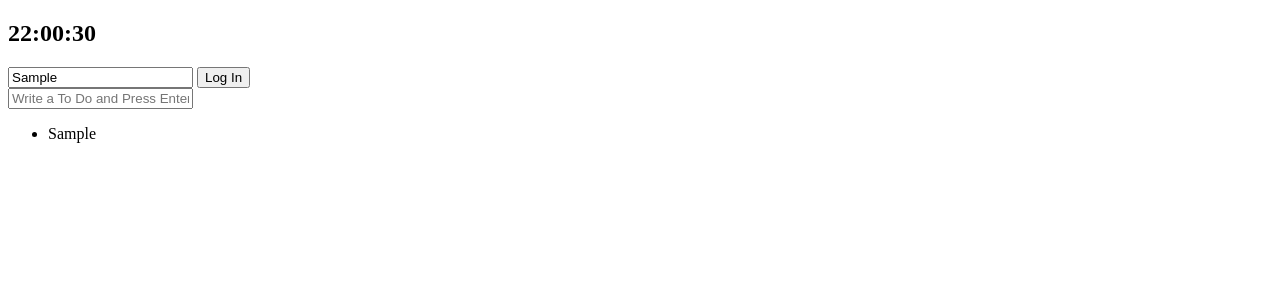
Repository: yoonanimous/ChromeApp
Page: index.html
These files come from the project's save history. The page is drawn as it stood at one moment and after the next save; the edit follows.
The browser window is 1280 px wide. The pictures show the whole page.
Empty fields were first filled with sample values (such as "Sample", 5 or name@example.com).
After loading, the first visible `#todo-form` was submitted once.

Above is the page before, as saved 2022-12-04 09:42:54.

### index.html
<!DOCTYPE html>
<html lang="en">
	<head>
		<meta charset="UTF-8" />
		<meta http-equiv="X-UA-Compatible" content="IE=edge" />
		<meta name="viewport" content="width=device-width, initial-scale=1.0" />
		<title>ChromeApp</title>
		<link rel="stylesheet" href="style.css" />
		<script defer src="js/clock.js"></script>
		<script defer src="js/greetings.js"></script>
		<script defer src="js/todo.js"></script>
	</head>
	<body>
		<div>
			<h2 id="clock"></h2>
		</div>
		<form class="hidden" id="login-form">
			<input
				type="text"
				required
				maxlength="15"
				placeholder="What is your name?"
			/>
			<input type="submit" value="Log In" />
		</form>
		<h1 class="hidden" id="greeting"></h1>
		<form id="todo-form">
			<input type="text" placeholder="Write a To Do and Press Enter" required />
		</form>
		<ul id="todo-list"></ul>
	</body>
</html>

### js/clock.js
const clock = document.querySelector("#clock");

function getClock() {
	const date = new Date();
	const hours = String(date.getHours()).padStart(2, "0");
	const minutes = String(date.getMinutes()).padStart(2, "0");
	const seconds = String(date.getSeconds()).padStart(2, "0");
	clock.innerText = `${hours}:${minutes}:${seconds}`;
}

getClock();
setInterval(getClock, 1000);

### js/greetings.js
const greeting = document.querySelector("#greeting");
const loginForm = document.querySelector("#login-form");
const loginInput = document.querySelector("#login-form input");

const HIDDEN_CLASSNAME = "hidden";
const USERNAME_KEY = "username";

function onLoginSubmit(event) {
	event.preventDefault();
	loginForm.classList.add(HIDDEN_CLASSNAME);
	const typedUsername = loginInput.value;
	localStorage.setItem(USERNAME_KEY, typedUsername);
	paintGreetings(typedUsername);
}

function paintGreetings(username) {
	greeting.innerText = `Hello ${username}`;
	greeting.classList.remove(HIDDEN_CLASSNAME);
}

const savedUsername = localStorage.getItem(USERNAME_KEY);

if (savedUsername === null) {
	loginForm.classList.remove(HIDDEN_CLASSNAME);
	loginForm.addEventListener("submit", onLoginSubmit);
} else {
	paintGreetings(savedUsername);
}

### js/todo.js
const toDoForm = document.getElementById("todo-form");
const toDoInput = document.querySelector("#todo-form input");
const toDoList = document.getElementById("todo-list");

function paintToDo(newToDo) {
	const li = document.createElement("li");
	const span = document.createElement("span");
	li.appendChild(span);
	span.innerText = newToDo;
	toDoList.appendChild(li);
}

function handleToDoSubmit(event) {
	event.preventDefault();
	const newToDo = toDoInput.value;
	toDoInput.value = "";
	paintToDo(newToDo);
}

toDoForm.addEventListener("submit", handleToDoSubmit);

Loaded but not shown: style.css (common file)

After the next save:
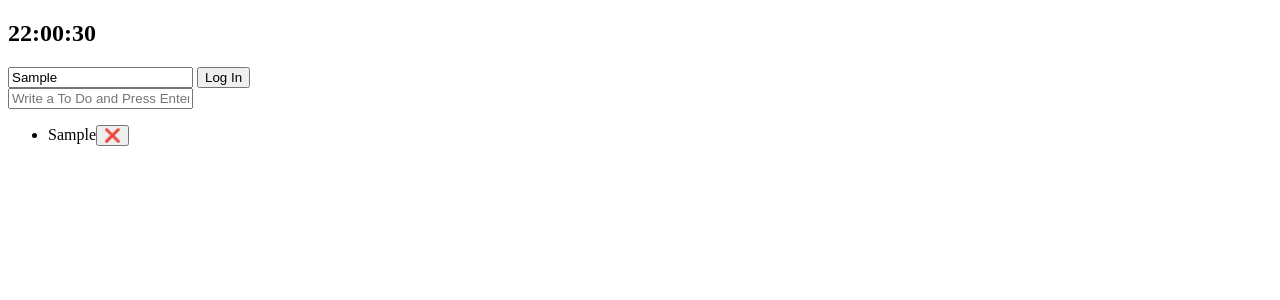
Saved 5 min 46 s later.
--- a/js/todo.js
+++ b/js/todo.js
@@ -5,8 +5,11 @@ const toDoList = document.getElementById("todo-list");
 function paintToDo(newToDo) {
 	const li = document.createElement("li");
 	const span = document.createElement("span");
+	span.innerText = newToDo;
+	const deleteBtn = document.createElement("button");
+	deleteBtn.innerText = "❌";
 	li.appendChild(span);
-	span.innerText = newToDo;
+	li.appendChild(deleteBtn);
 	toDoList.appendChild(li);
 }
 
